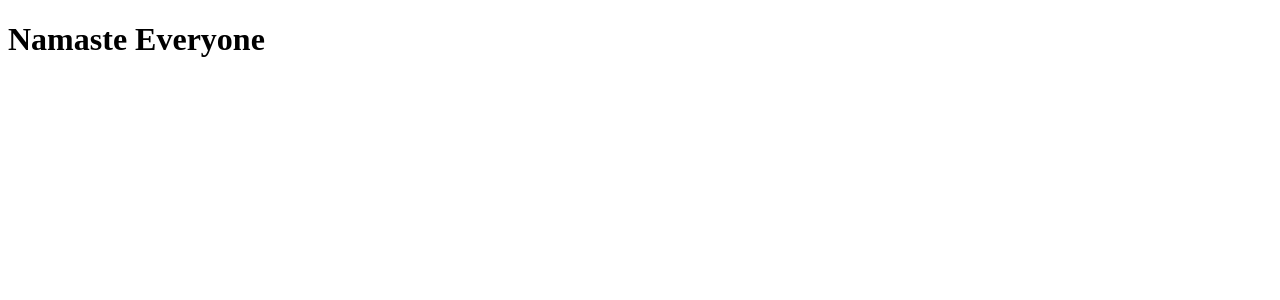
Repository: W0474997SteveArmstrong/NamasteReact
Page: index.html
The author's editor kept a copy of each file at every save. The page is drawn from the files as they stood at one save, then again after the next save.
The browser window is 1280 px wide. The pictures show the whole page.

Above is the page before, as saved 2022-12-25 20:52:54.

### index.html
<!DOCTYPE html>
<html lang="en">
<head>
    <meta charset="UTF-8">
    <meta http-equiv="X-UA-Compatible" content="IE=edge">
    <meta name="viewport" content="width=device-width, initial-scale=1.0">
    <title>Namaste React HTML title</title>
    <script crossorigin src="https://unpkg.com/react@18/umd/react.development.js"></script>
<script crossorigin src="https://unpkg.com/react-dom@18/umd/react-dom.development.js"></script>
</head>
<body>
    <div id="root">
    </div>
    <!-- <h1>Namaste Everyone!</h1> -->
</body>
<script>
    const reactheading = React.createElement('h1',{},'Namaste Everyone');
    const root = ReactDOM.createRoot(document.getElementById('root'));
    root.render(reactheading);
</script>
</html>

After the next save:
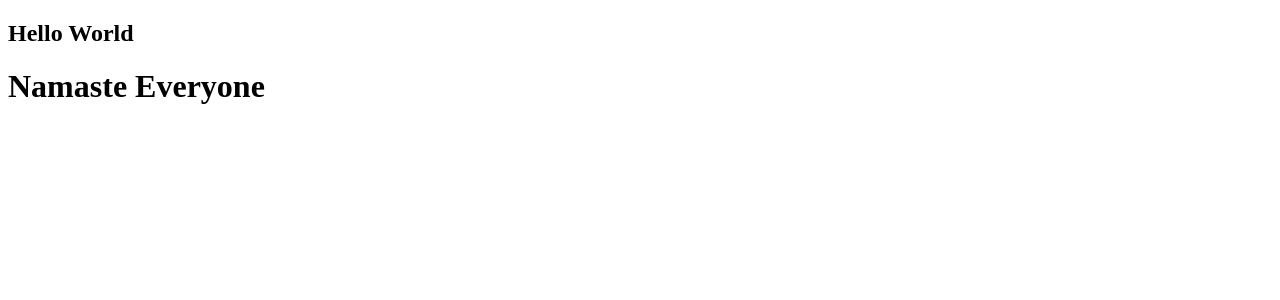
Saved 4 s later.
--- a/index.html
+++ b/index.html
@@ -9,6 +9,8 @@
 <script crossorigin src="https://unpkg.com/react-dom@18/umd/react-dom.development.js"></script>
 </head>
 <body>
+    <h2 id="title">Hello World</h2>
+
     <div id="root">
     </div>
     <!-- <h1>Namaste Everyone!</h1> -->
